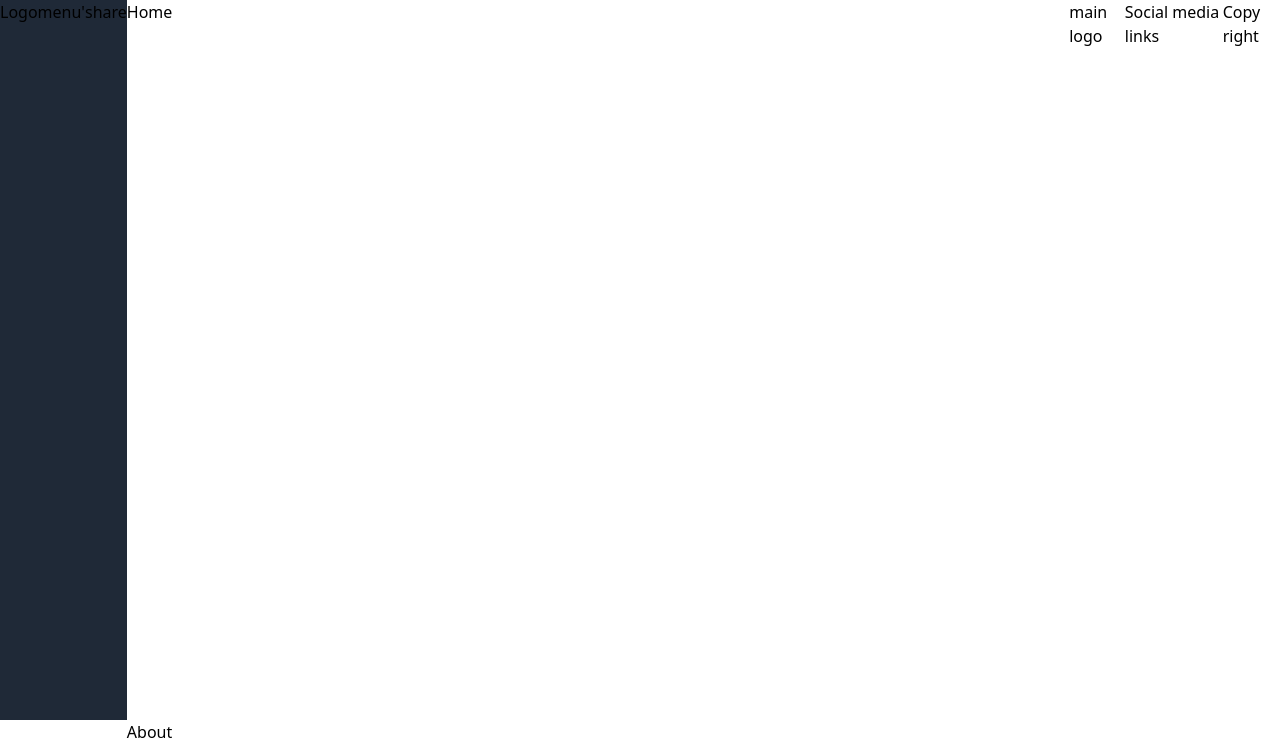
Repository: linco6054/template-tailwindcss
Page: index.html
These files come from the project's save history. The page is drawn as it stood at one moment and after the next save; the edit follows.
The browser window is 1280 px wide. The pictures show the whole page.

Above is the page before, as saved 2021-08-17 14:14:13.

### index.html
<!DOCTYPE html>
<html lang="en">
  <head>
    <meta charset="UTF-8" />
    <meta http-equiv="X-UA-Compatible" content="IE=edge" />
    <meta name="viewport" content="width=device-width, initial-scale=1.0" />
    <link
      href="https://unpkg.com/tailwindcss@^2/dist/tailwind.min.css"
      rel="stylesheet"
    />

    <title>Document</title>
  </head>
  <body class="max-w-full h-auto flex flex-col md:flex-row">
    <!-- nav -->
    <nav class="bg-gray-800 h-20 flex md:h-screen">
      <span>Logo</span>
      <span>menu</span>'
      <span>share</span>
    </nav>
    <!-- pages -->
    <section class="flex-col w-4/5 md:w-full h-auto">
      <div class="h-screen">Home</div>
      <div>About</div>
    </section>
    <!-- footer -->
    <footer class="flex">
      <span>main logo</span>
      <span>Social media links</span>
      <span>Copy right</span>
    </footer>
  </body>
</html>

After the next save:
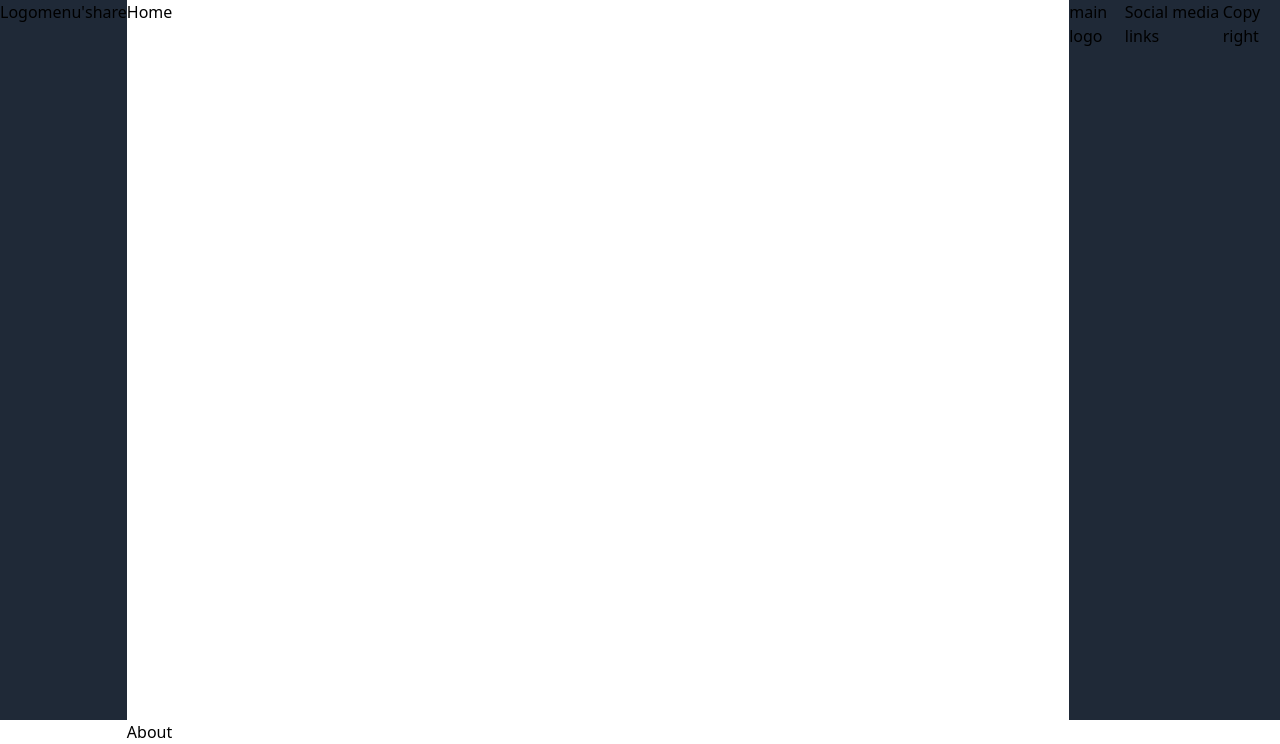
Saved 18 s later.
--- a/index.html
+++ b/index.html
@@ -24,7 +24,7 @@
       <div>About</div>
     </section>
     <!-- footer -->
-    <footer class="flex">
+    <footer class="bg-gray-800 h-20 flex md:h-screen">
       <span>main logo</span>
       <span>Social media links</span>
       <span>Copy right</span>
